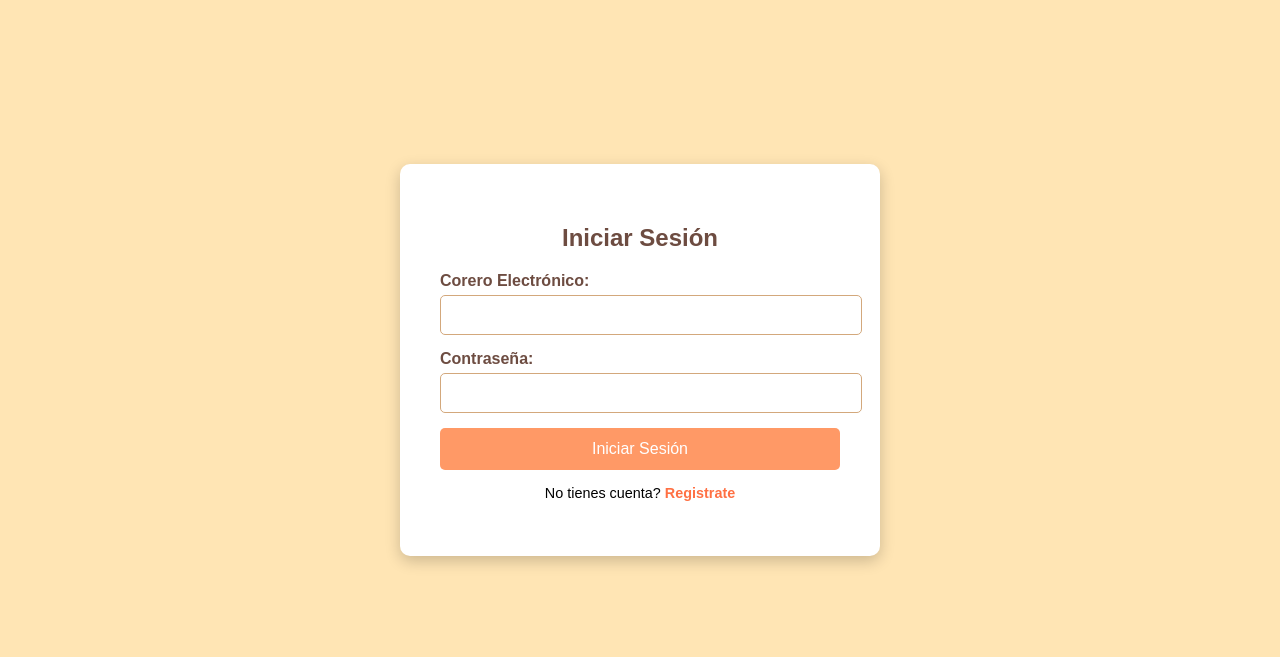
Repository: adriarodrisan/PetLover
Page: Paginas_web/Inicio_Sesion.html
An editor plug-in stored every save of this project. The page is shown before and after the next save, followed by the edit.
The browser window is 1280 px wide. The pictures show the whole page.

Above is the page before, as saved 2025-02-27 15:53:51.

### Paginas_web/Inicio_Sesion.html
<!DOCTYPE html>
<html lang="en">
<head>
    <meta charset="UTF-8">
    <meta name="viewport" content="width=device-width, initial-scale=1.0">
    <title>Pet_Lover - registros </title>
    <link rel="stylesheet" href="/Css_Paginas/Inicio_Session.css">
</head>
<body>
    <div class="fondo">
            <form id="loginForm" action="" method="POST">
                <h2>Iniciar Sesión</h2>
                <label for="email"> Corero Electrónico:</label>
                <input type="email" id="email" name="email" required>

                <label for="password">Contraseña:</label>
                <input type="password" id="password" name="password" required>

                <button type="submit"> Iniciar Sesión</button>
                <p> No tienes cuenta? <a href="/Paginas_web/registro.html">Registrate</a></p>
            </form>

        </div>

    </div>

</body>
</html>

### Css_Paginas/Inicio_Session.css
body{
    font-family: 'Arial', sans-serif;
    background-color: #ffe5b4;
    display: flex;
    justify-content: center;
    height: 100vh;
    margin: 0;
    align-items: center;

}
.fondo {
    background-color: white;
    padding: 40px;
    border-radius: 10px;
    box-shadow: 0px 5px 15px rgba(0, 0, 0, 0.2);
    text-align: center;
    width: 400px;
    display: flex;
    flex-direction: column;
    align-items: center;
}
h2{
    color: #6d4c41;
    margin-bottom: 20px;
}
form{
    display: flex;
    flex-direction: column;
    width: 100%;
}
label{
    text-align: left;
    font-weight: bold;
    color: #6d4c41;
    margin-bottom: 5px;
}
input{
    padding: 10px;
    margin-bottom: 15px;
    border: 1px solid #d3a87c;
    border-radius: 5px;
    font-size: 1rem;
    width: 100%;

}
button{
    background-color: #FF9966;
    color: white;
    padding: 12px;
    border: none;
    border-radius: 5px;
    cursor: pointer;
    font-size: 1rem;
    width: 100%;
}
button:hover{
    background-color: #FF7043;
}
p {
    margin-top: 15px;
    font-size: 0.9rem;
}

p a {
    color: #FF7043;
    text-decoration: none;
    font-weight: bold;
}

p a:hover {
    text-decoration: underline;
}

After the next save:
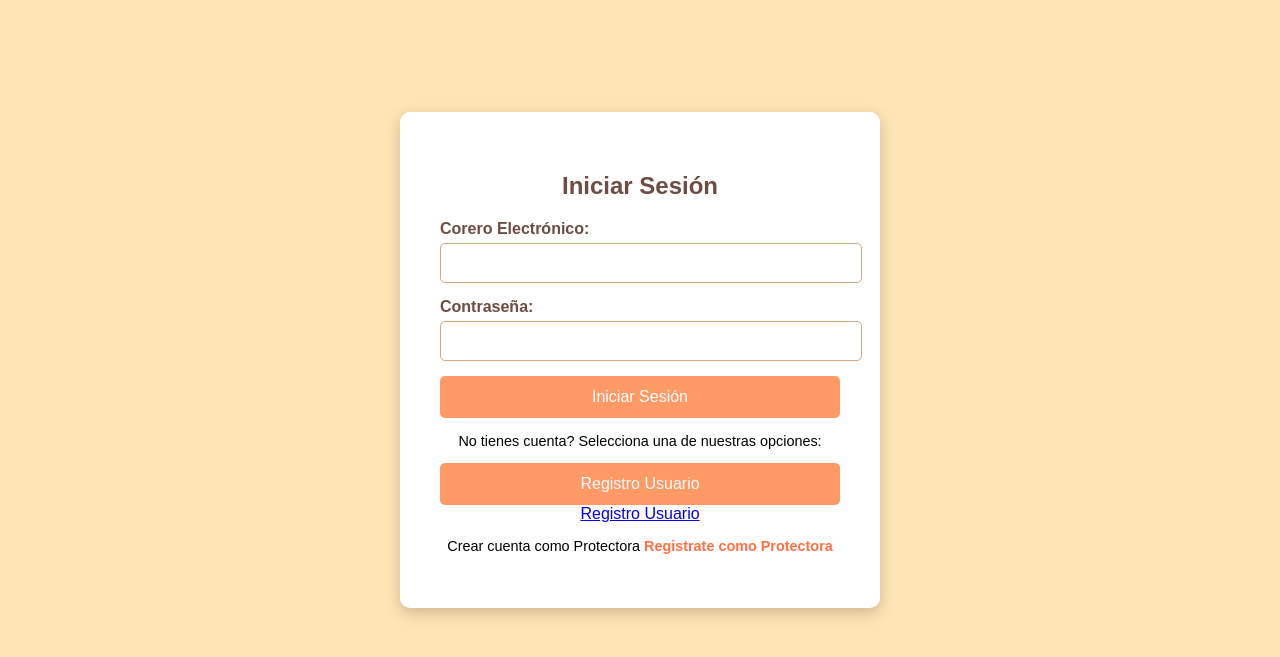
Saved 5 days later.
--- a/Paginas_web/Inicio_Sesion.html
+++ b/Paginas_web/Inicio_Sesion.html
@@ -17,7 +17,14 @@
                 <input type="password" id="password" name="password" required>
 
                 <button type="submit"> Iniciar Sesión</button>
-                <p> No tienes cuenta? <a href="/Paginas_web/registro.html">Registrate</a></p>
+
+                <p> No tienes cuenta? Selecciona una de nuestras opciones:</p>
+                <div class="registro-opciones">
+                    <a href="/Paginas_web/registro.html"></a>
+                        <button type="button" class="registrar">Registro Usuario</button>
+                    </a>
+                <a href="/Paginas_web/registro.html">Registro Usuario</a></p>
+                <p>Crear cuenta como Protectora <a href="/Paginas_web/registro_protectora.html">Registrate como Protectora</a></p>
             </form>
 
         </div>
